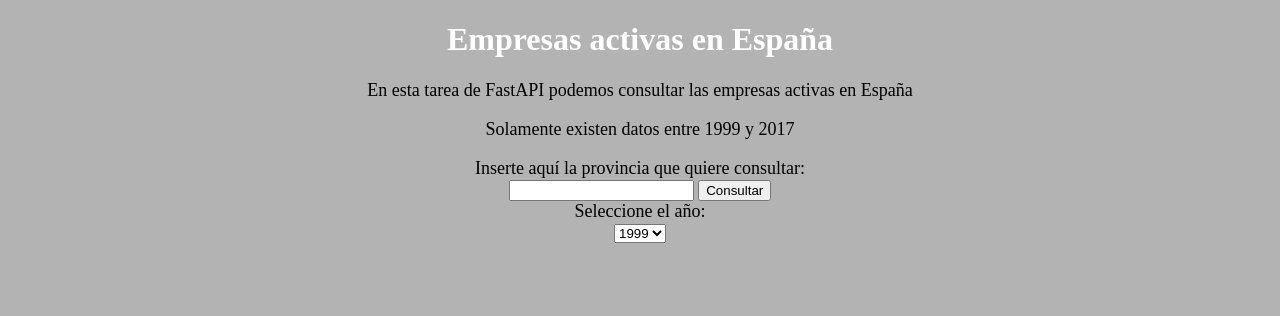
Repository: juanfrancisco164/fastAPI_1
Page: empresasActivas.html
These files come from the project's save history. The page is drawn as it stood at one moment and after the next save; the edit follows.
The browser window is 1280 px wide. The pictures show the whole page.

Above is the page before, as saved 2023-11-10 16:43:10.

### empresasActivas.html
<!DOCTYPE html>
<html lang="en">
<head>
    <meta charset="UTF-8">
    <meta name="viewport" content="width=device-width, initial-scale=1.0">
    <title>Empresas activas en España</title>
    <style>
        body {
            background-color: rgb(179, 179, 179);
            text-align: center;
            color: rgb(0, 0, 0);
        }

        h1 {
            color: rgb(255, 255, 255);
        }

        p {
            font-size: 18px;
        }
    </style>
</head>
<body>
    <h1>Empresas activas en España</h1>
    <p>En esta tarea de FastAPI podemos consultar las empresas activas en España</p>
    <p>Solamente existen datos entre 1999 y 2017</p>

    <p>
        Inserte aquí la provincia que quiere consultar:
        <br>
        <input name="Provincia" id="input_prov">
        <button name="buttonProv" onclick="sendProv()">Consultar</button>
        <br>
        Seleccione el año:
        <br>
        <select id="selectAño">
            <option value="1999">1999</option>
            <option value="2000">2000</option>
            <option value="2001">2001</option>
            <option value="2002">2002</option>
            <option value="2003">2003</option>
            <option value="2004">2004</option>
            <option value="2005">2005</option>
            <option value="2006">2006</option>
            <option value="2007">2007</option>
            <option value="2008">2008</option>
            <option value="2009">2009</option>
            <option value="2010">2010</option>
            <option value="2011">2011</option>
            <option value="2012">2012</option>
            <option value="2013">2013</option>
            <option value="2014">2014</option>
            <option value="2015">2015</option>
            <option value="2016">2016</option>
            <option value="2017">2017</option>
        </select>
    </p>

    <div id="consulta"></div>

</body>

<script>
    const API_host = "http://127.0.0.1:8000/provincias"

    async function sendProv () {
        const provinciaInput = document.getElementById("input_prov").value;
        const añoSeleccionado = document.getElementById("selectAño").value;

        const json = {
            provincia: provinciaInput
        };

        const response = await fetch(API_host, {
            method: "POST",
            headers: {
                "Content-Type": "application/json",
            },
            body: JSON.stringify(json)
        })

        const data = await response.json()
        console.log(data)

        const filteredData = {
            Texto: data[0].attributes.Texto,
            [`Total_${añoSeleccionado}`]: data[0].attributes[`Total_${añoSeleccionado}`]
        };

        const consultaDiv = document.getElementById("consulta");
        consultaDiv.innerHTML = "";

        for (const key in filteredData) {
            const paragraph = document.createElement("p");
            paragraph.textContent = `${key}: ${filteredData[key]}`;
            consultaDiv.appendChild(paragraph);
        }
    }
</script>
</html>

After the next save:
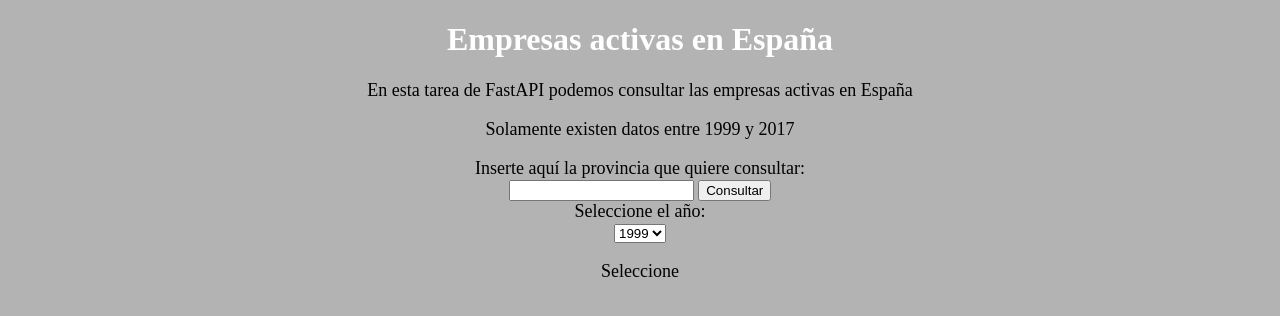
Saved 2 min 12 s later.
--- a/empresasActivas.html
+++ b/empresasActivas.html
@@ -55,6 +55,9 @@
             <option value="2017">2017</option>
         </select>
     </p>
+    <p>
+        Seleccione
+    </p>
 
     <div id="consulta"></div>
 

After the save that followed:
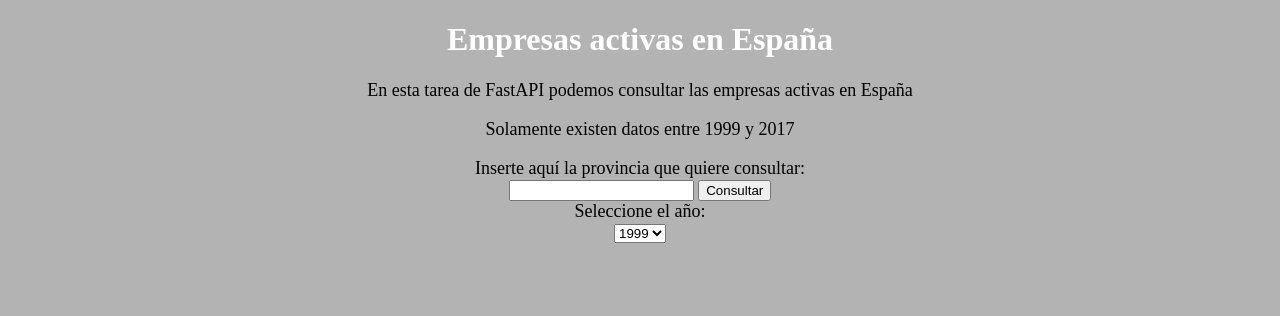
Saved 49 s later.
--- a/empresasActivas.html
+++ b/empresasActivas.html
@@ -56,7 +56,7 @@
         </select>
     </p>
     <p>
-        Seleccione
+
     </p>
 
     <div id="consulta"></div>
